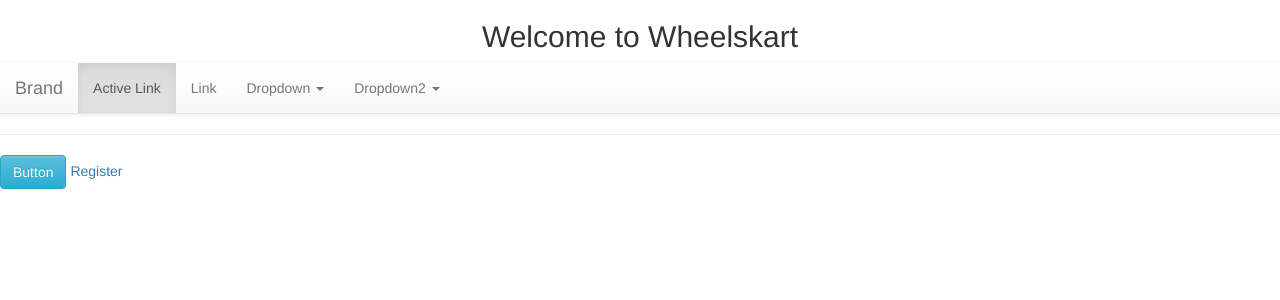
Repository: mrahulbisht/Wheelskart-Project
Page: http://localhost/WheelskartFrontEnd/Home.jsp
An editor plug-in stored every save of this project. The page is shown before and after the next save, followed by the edit.
The browser window is 1280 px wide. The pictures show the whole page.
Some web libraries are served in a nearby version. The page is served by Tomcat 9.

Above is the page before, as saved 2017-04-22 07:26:45.

After the next save:
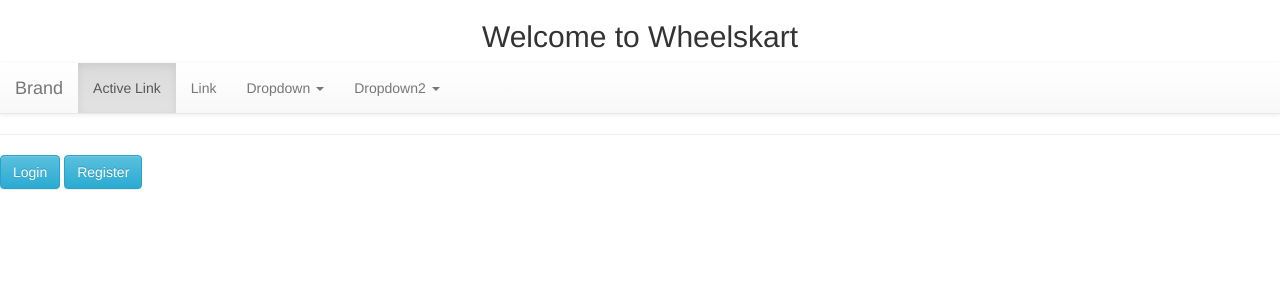
Saved 99 s later.
--- a/project/WheelskartFrontEnd/src/main/webapp/Home.jsp
+++ b/project/WheelskartFrontEnd/src/main/webapp/Home.jsp
@@ -21,9 +21,9 @@
 	<hr color="blue">
 
 
-	<a href="LoginPage"><button type="button" class="btn btn-info">Button</button></a>
+	<a href="LoginPage"><button type="button" class="btn btn-info">Login</button></a>
 
-	<a href="RegistrationPage"> Register</a>
+	<a href="RegistrationPage"><button type="button" class="btn btn-info">Register</button></a>
 	<br>
 	<c:if test="${isUserClickedLogin=='true'}">
 
